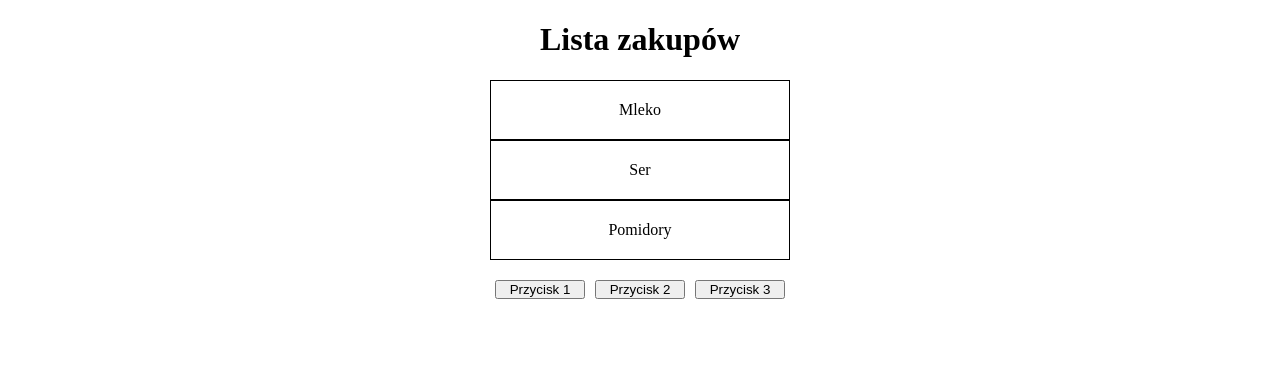
Repository: tomekgrad/Warsztaty_1
Page: EgzaminJS/WAR_JEE_S_06_Exam_4/zadanie06.html
The author's editor kept a copy of each file at every save. The page is drawn from the files as they stood at one save, then again after the next save.
The browser window is 1280 px wide. The pictures show the whole page.
After loading, the first visible `#button-1` was clicked once.
Some web libraries are served in a nearby version.

Above is the page before, as saved 2018-05-25 08:23:16.
Console error: TypeError: Cannot read properties of null (reading 'addEventListener')

After the next save:
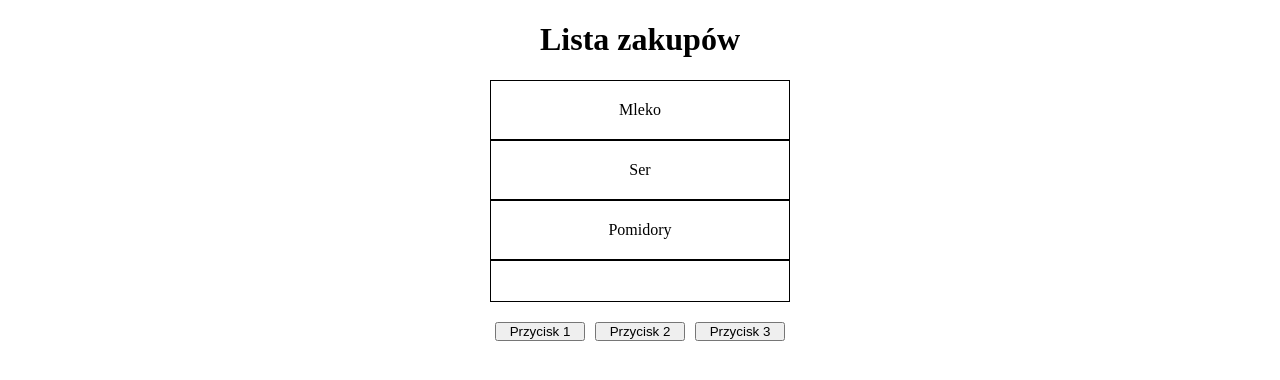
Saved 37 s later.
--- a/EgzaminJS/WAR_JEE_S_06_Exam_4/js/zadanie06.js
+++ b/EgzaminJS/WAR_JEE_S_06_Exam_4/js/zadanie06.js
@@ -27,5 +27,5 @@ var newEl = document.createElement("p");
 
 
 btn1.addEventListener('click', function(){
-
+	shoppingList.appendChild(newEl);
 })
